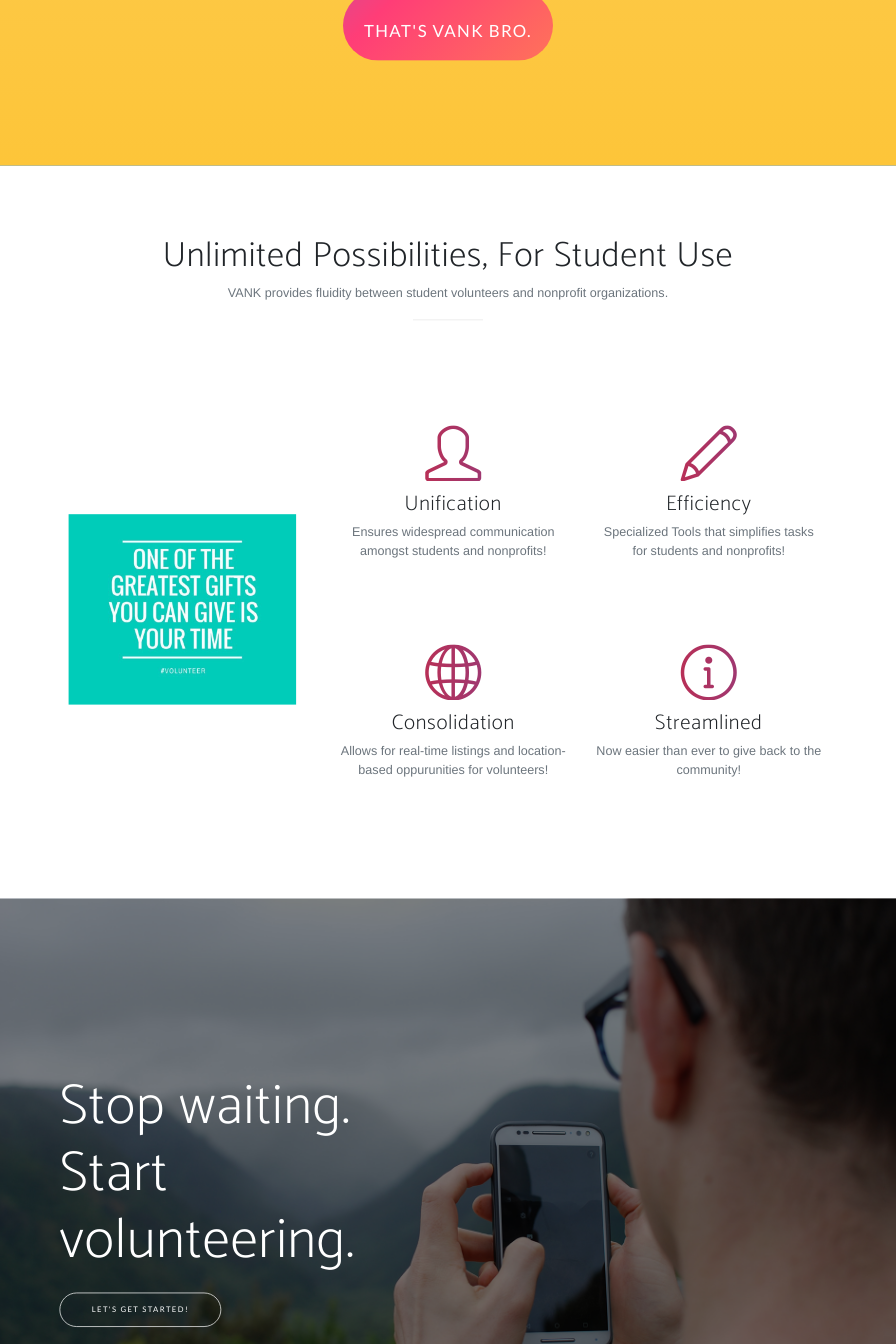
Repository: arkomz/VANK-HomePage-master
Page: static_website/index.html
The author's editor kept a copy of each file at every save. The page is drawn from the files as they stood at one save, then again after the next save.
The browser window is 1280 px wide. The pictures show the part of the page from y = 1161 to 3081 px (the page is 3764 px tall), at 70% of full size.
Some web fonts or font styles are not loaded; a fallback is used.

Above is the page before, as saved 2019-04-13 23:22:52.

After the next save:
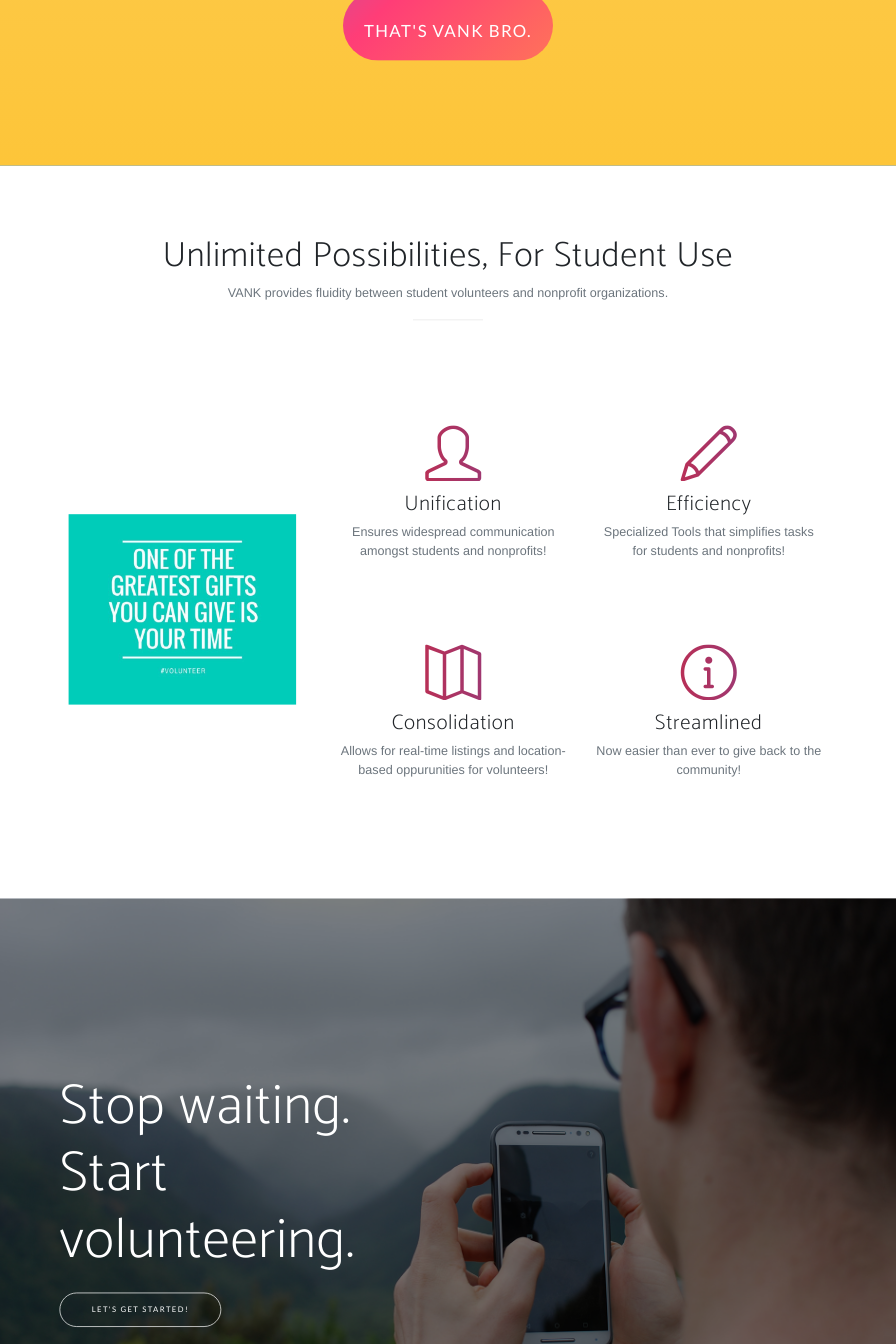
Saved 2 min 29 s later.
--- a/static_website/index.html
+++ b/static_website/index.html
@@ -149,7 +149,7 @@
             <div class="row">
               <div class="col-lg-6">
                 <div class="feature-item">
-                  <i class="icon-globe text-primary"></i>
+                  <i class="icon-map text-primary"></i>
                   <h3>Consolidation</h3>
                   <p class="text-muted">Allows for real-time listings and location-based oppurunities for volunteers!</p>
                 </div>
